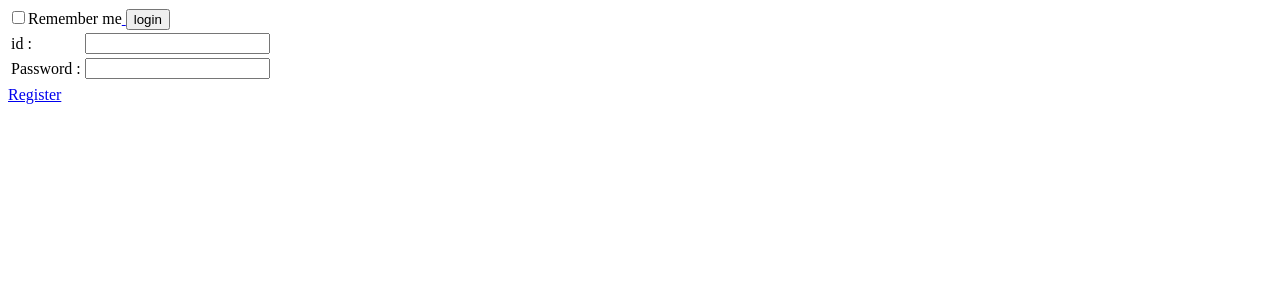
Repository: ashwinibd6697/ust-19sep-ashwinibd
Page: ust-java/empwebapp/WebContent/login.html
These files come from the project's save history. The page is drawn as it stood at one moment and after the next save; the edit follows.
The browser window is 1280 px wide. The pictures show the whole page.

Above is the page before, as saved 2019-11-15 09:47:00.

After the next save:
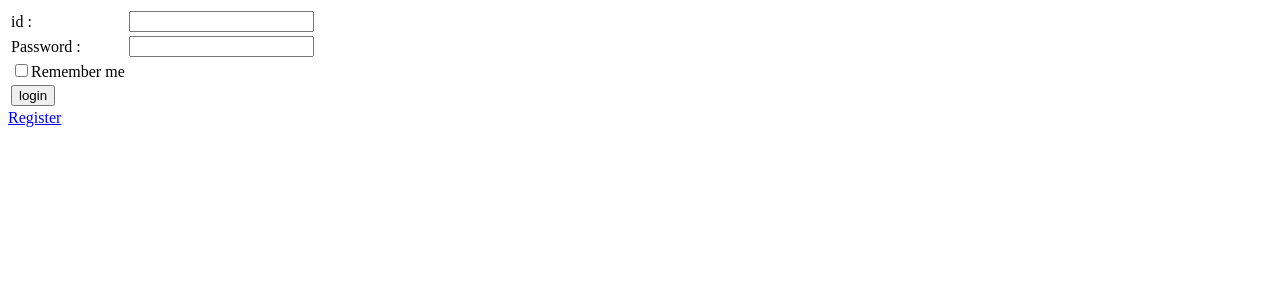
Saved 75 s later.
--- a/ust-java/empwebapp/WebContent/login.html
+++ b/ust-java/empwebapp/WebContent/login.html
@@ -16,8 +16,8 @@
   <td>Password :</td>
   <td><input name ="password" type="password"></td>
   </tr>
-  <tr><input type ="checkbox" name ="rememberme">Remember me</tr>
-   <tr><a href ="home.html"> <input type ="submit" value ="login">  </a></tr>
+  <tr><td><input type ="checkbox" name ="rememberme">Remember me</td></tr>
+   <tr> <td><input type ="submit" value ="login"> </td> </tr>
     </table>
     </form>
   <a href="register.html">Register</a>
